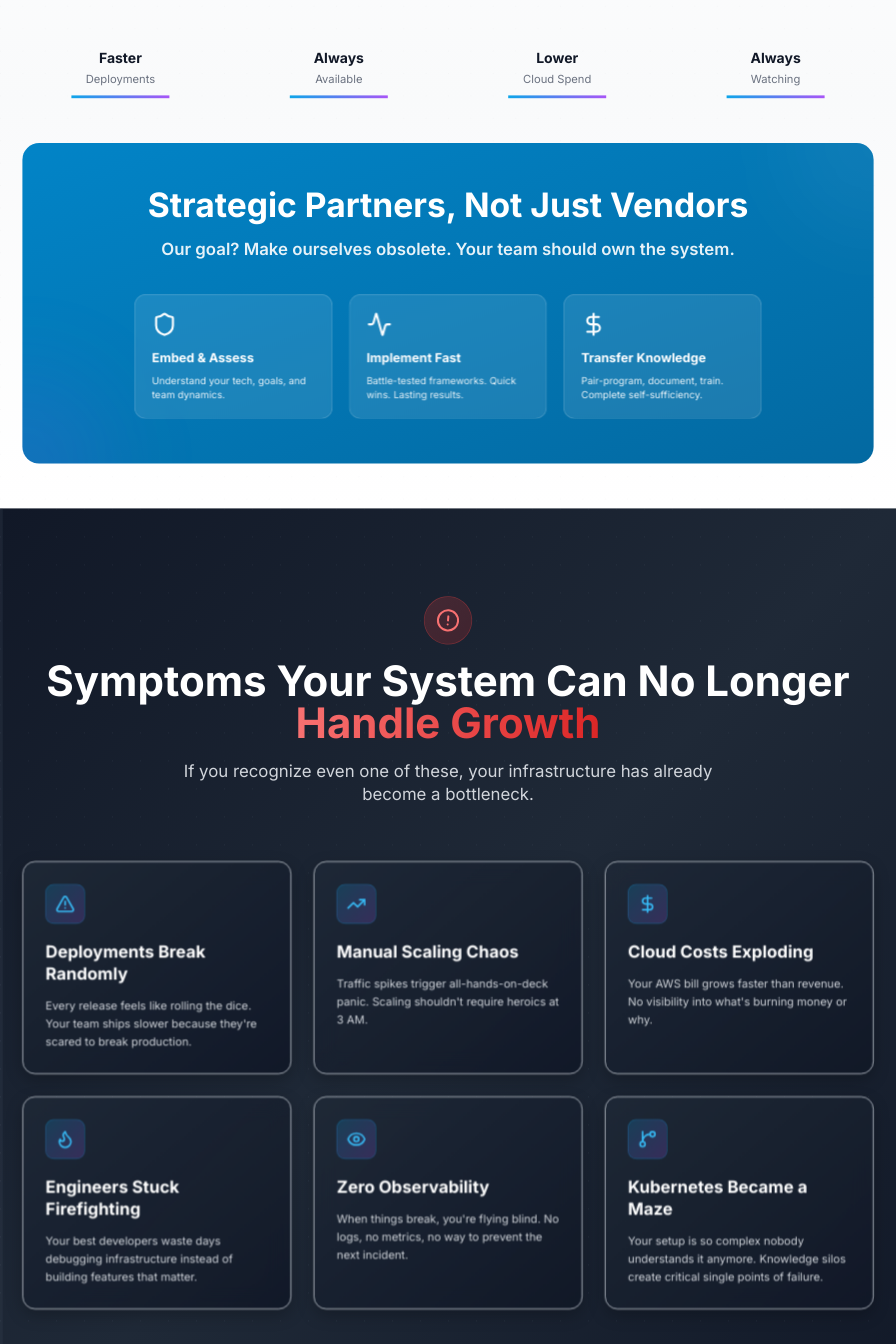
Repository: nirvaha-tech/nirva-monorepo
Page: / (app in frontend/)
The author's editor kept a copy of each file at every save. The page is drawn from the files as they stood at one save, then again after the next save.
The browser window is 1280 px wide. The pictures show the part of the page from y = 1095 to 3015 px (the page is 6452 px tall before and 6340 px after), at 70% of full size.
The project was rebuilt for these pictures with package versions that can differ from the ones it lists, and the page was loaded fresh each time. The framework's server and built-in components were replaced by stand-ins that run in the browser. Also part of the build but not shown: frontend/next.config.js.

Above is the page before, as saved 2025-11-14 23:06:13.

After the next save:
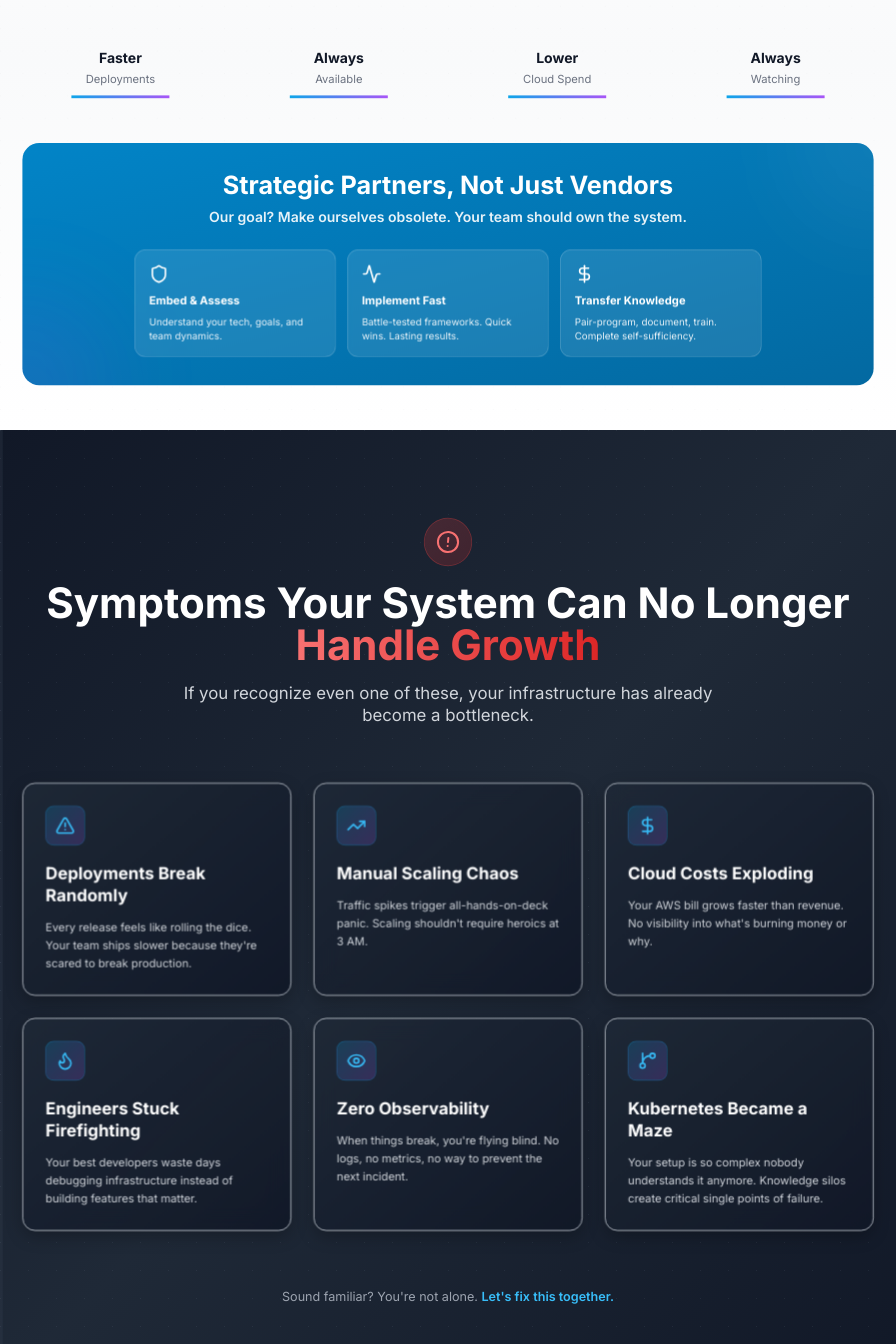
Saved 21 s later.
--- a/frontend/src/components/StoryStats.tsx
+++ b/frontend/src/components/StoryStats.tsx
@@ -165,21 +165,21 @@ export function StoryStats() {
           whileInView={{ opacity: 1, y: 0 }}
           viewport={{ once: true }}
           transition={{ duration: 0.6, delay: 0.3 }}
-          className="bg-gradient-to-br from-primary-600 to-primary-700 rounded-3xl p-10 md:p-16 text-white relative overflow-hidden"
+          className="bg-gradient-to-br from-primary-600 to-primary-700 rounded-3xl p-8 md:p-10 text-white relative overflow-hidden"
         >
           {/* Background decoration */}
           <div className="absolute top-0 right-0 w-64 h-64 bg-white/5 rounded-full -translate-y-1/2 translate-x-1/2 blur-3xl" />
           <div className="absolute bottom-0 left-0 w-64 h-64 bg-secondary-500/10 rounded-full translate-y-1/2 -translate-x-1/2 blur-3xl" />
 
           <div className="relative">
-            <h3 className="text-3xl md:text-5xl font-bold mb-6 text-center">
+            <h3 className="text-2xl md:text-4xl font-bold mb-3 text-center">
               Strategic Partners, Not Just Vendors
             </h3>
-            <p className="text-xl md:text-2xl font-semibold text-center mb-12 opacity-90">
+            <p className="text-lg md:text-xl font-semibold text-center mb-8 opacity-90">
               Our goal? Make ourselves obsolete. Your team should own the system.
             </p>
 
-            <div className="grid md:grid-cols-3 gap-6 max-w-4xl mx-auto">
+            <div className="grid md:grid-cols-3 gap-4 max-w-4xl mx-auto">
               {[
                 {
                   icon: Shield,
@@ -206,10 +206,10 @@ export function StoryStats() {
                     viewport={{ once: true }}
                     transition={{ delay: 0.2 + index * 0.1, duration: 0.5 }}
                     whileHover={{ y: -5, transition: { duration: 0.2 } }}
-                    className="bg-white/10 backdrop-blur-sm rounded-2xl p-6 border border-white/20 hover:bg-white/15 transition-all"
+                    className="bg-white/10 backdrop-blur-sm rounded-2xl p-5 border border-white/20 hover:bg-white/15 transition-all"
                   >
-                    <Icon className="mb-4" size={36} />
-                    <h4 className="font-bold text-lg mb-2">{item.title}</h4>
+                    <Icon className="mb-3" size={28} />
+                    <h4 className="font-bold text-base mb-2">{item.title}</h4>
                     <p className="text-sm opacity-90">{item.desc}</p>
                   </motion.div>
                 );
